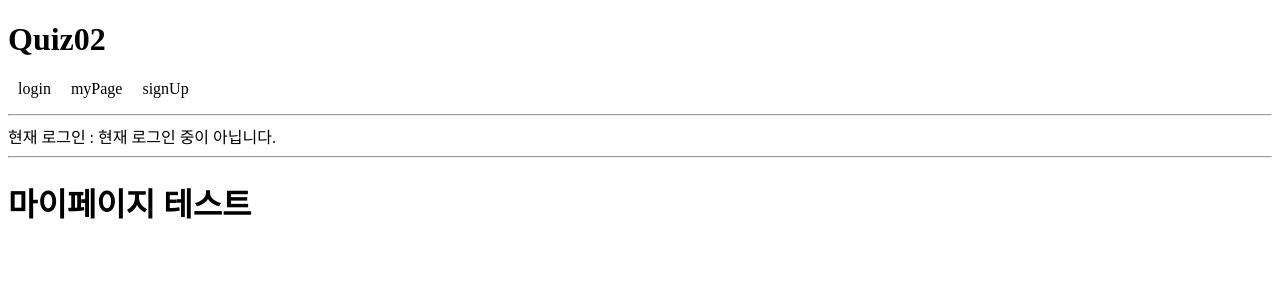
Repository: ChimmyWorld/JSP
Page: http://localhost/Day50/quiz2/myPage.jsp
These files come from the project's save history. The page is drawn as it stood at one moment and after the next save; the edit follows.
The browser window is 1280 px wide. The pictures show the whole page.
The page is served by Tomcat 9.

Above is the page before, as saved 2023-09-19 06:08:59.

After the next save:
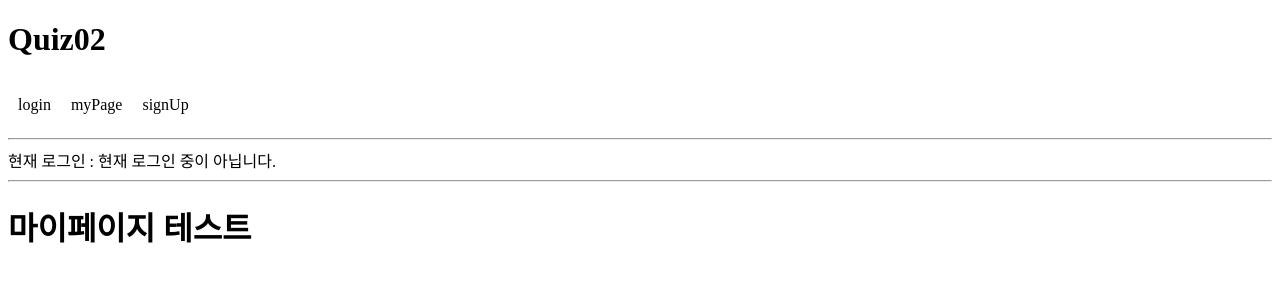
Saved 22 s later.
--- a/Day50/WebContent/quiz2/header.jsp
+++ b/Day50/WebContent/quiz2/header.jsp
@@ -29,11 +29,13 @@
 
 	<h1><a href="home.jsp">Quiz02</a></h1>
 
-	<ul class="menu">
-		<li><a href="<%=login %>.jsp"><%=login %></a></li>
-		<li><a href="myPage.jsp">myPage</a>
-		<li><a href="signUp.jsp">signUp</a>
-	</ul>
+	<nav>
+		<ul class="menu">
+			<li><a href="<%=login %>.jsp"><%=login %></a></li>
+			<li><a href="myPage.jsp">myPage</a>
+			<li><a href="signUp.jsp">signUp</a>
+		</ul>
+	</nav>
 
 	<hr>
 	<div>현재 로그인 : <%=user.getNick() %></div>
